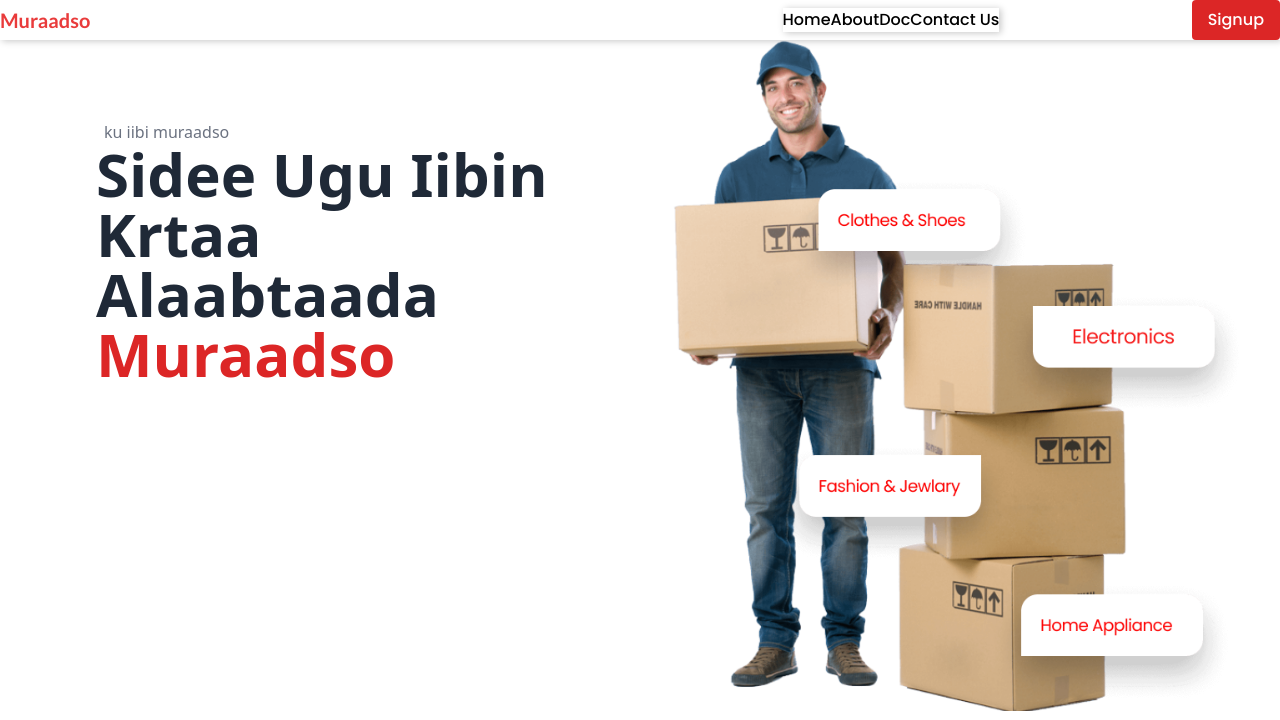
Repository: muraadso/Muraadso-Sellers
Page: /
The author's editor kept a copy of each file at every save. The page is drawn from the files as they stood at one save, then again after the next save.
The browser window is 1280 px wide. The pictures show the whole page.
The project was rebuilt for these pictures with package versions that can differ from the ones it lists, and the page was loaded fresh each time. The framework's server and built-in components were replaced by stand-ins that run in the browser. Also part of the build but not shown: next.config.js, components/About.jsx.

Above is the page before, as saved 2021-12-05 18:25:47.

### pages/_app.js
import '../styles/globals.css'
 import 'tailwindcss/tailwind.css'
import { Layout } from '../components/Layout'


function MyApp({ Component, pageProps }) {
  return (
    <Layout>
      <Component {...pageProps} />
    </Layout>
  )
}

export default MyApp

### pages/index.js
import Head from 'next/head'
import Image from 'next/image'
import Navbar from '../components/Navbar'
import Hero from '../components/Hero'
import About from '../components/About'
import styles from '../styles/Home.module.css'


export default function Home() {
  return (
    <div className={styles.container}>
      <Head>
        <title>Muraadso Sellers</title>
        <meta name="description" content="Generated by create next app" />
        <link rel="icon" href="/favicon.ico" />
      </Head>
      <Hero />
    </div>
  )
}

### styles/globals.css
@import url('https://fonts.googleapis.com/css2?family=Lato:ital,wght@0,300;0,400;0,700;0,900;1,700&family=Poppins:wght@200;300;400;500;600;700&display=swap');
html,
body {
  padding: 0;
  margin: 0;
}

a {
  color: inherit;
  text-decoration: none;
}

* {
  box-sizing: border-box;
}


.navbar {
  box-shadow: 2px 1px 7px rgba(0, 0, 0, 0.226);
  font-family: 'Poppins', sans-serif  ;
  font-weight: 500;

}
  .logo{
    font-family: 'Lato', sans-serif;
    font-weight: 700;
    color: rgb(233, 59, 59);
    font-size: 20px ;
  }

.nav{
  margin-left: 500px;
}










@tailwind base;
@tailwind components;
@tailwind utilities

### components/Layout.js
import Navbar from "./Navbar"
import Footer from "./Footer"

export const Layout = ({children}) => {
    return (
        <div className="layout">
            <Navbar />
                {children}
            <Footer />



        </div>
    )
}

### components/Navbar.jsx

const Navbar = () => {
    return (
        <div>
     <div className="sticky top-0 z-20 items-center justify-between bg-white md:flex navbar">
         <a className="logo" href="#">Muraadso</a>
         <nav className="sticky top-0 z-20 items-center justify-between bg-white md:flex navbar nav">
             <a className="hover:text-red-600" href="">Home</a>
             <a className="hover:text-red-600" href="">About</a>
             <a className="hover:text-red-600" href="">Doc</a>
             <a className="hover:text-red-600" href="">Contact Us</a>
         </nav>
         <a href="#" className="px-4 py-2 text-white bg-red-600 rounded hover:bg-red-700 signup ">Signup</a>
     </div>

        </div>
    )
}

export default Navbar

### components/Hero.jsx
const Hero = () => {
    return (
        <div className="grid grid-cols-2 hero">
                <div className="px-16 py-20 herotxt">
                    <h6 className="px-2 font-medium text-gray-500">ku iibi muraadso</h6>
                    <h1 className="md:font-bold md:text-gray-800 md:capitalize lg:text-6xl">sidee ugu iibin krtaa <br /> alaabtaada <span className="md:text-red-600">muraadso </span></h1>
                </div>
                <div className="heroimg">
                    <img className="w-4/4 "  src="/images/heroimage.png" alt="heroimage" />
                </div>

        </div>
    )
}

export default Hero

### components/Footer.jsx
const Footer = () => {
    return (
        <div>
        </div>
    )
}

export default Footer

### tailwind.config.js
module.exports = {
   purge: ['./pages/**/*.{js,ts,jsx,tsx}', './components/**/*.{js,ts,jsx,tsx}'],
  darkMode: false, // or 'media' or 'class'
  theme: {
    extend: {},

  },
  variants: {
    extend: {},
  },
  plugins: [],
}

Loaded but not shown: pages/api/hello.js (common file); styles/Home.module.css (common file)

After the next save:
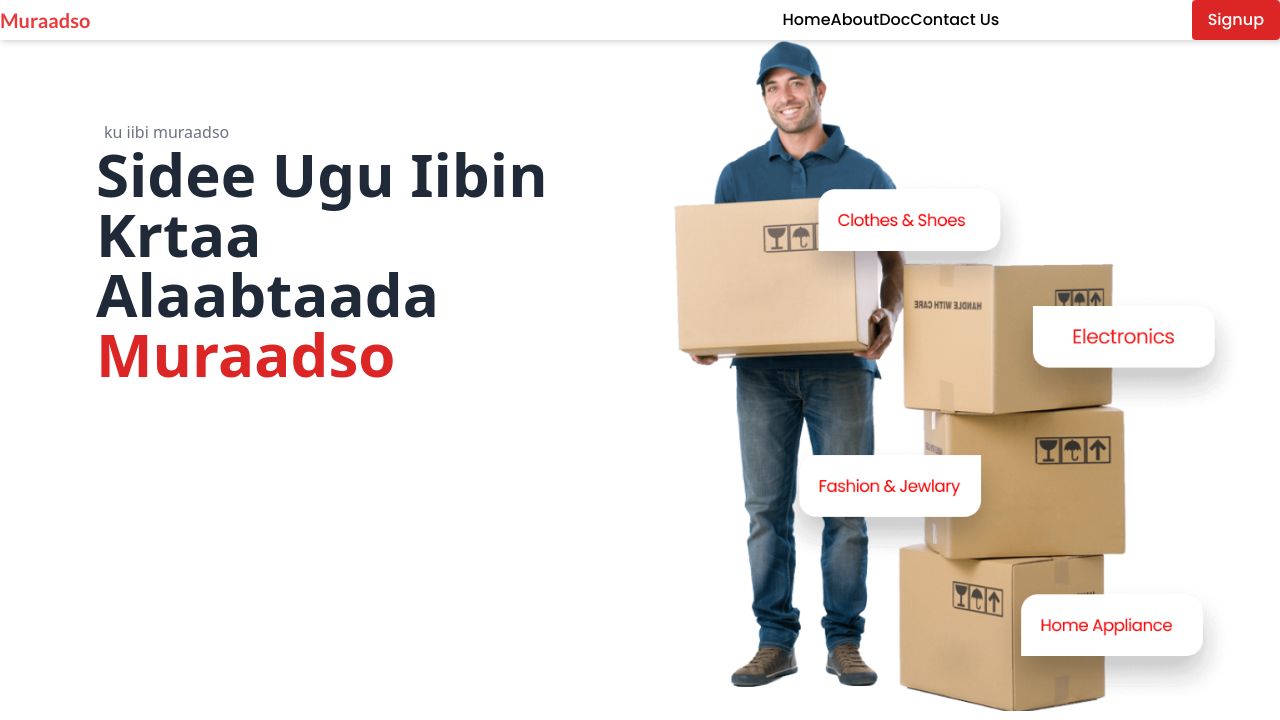
Saved 8 s later.
--- a/components/Navbar.jsx
+++ b/components/Navbar.jsx
@@ -4,7 +4,7 @@ const Navbar = () => {
         <div>
      <div className="sticky top-0 z-20 items-center justify-between bg-white md:flex navbar">
          <a className="logo" href="#">Muraadso</a>
-         <nav className="sticky top-0 z-20 items-center justify-between bg-white md:flex navbar nav">
+         <nav className="sticky top-0 z-20 items-center justify-between bg-white md:flex nav">
              <a className="hover:text-red-600" href="">Home</a>
              <a className="hover:text-red-600" href="">About</a>
              <a className="hover:text-red-600" href="">Doc</a>
